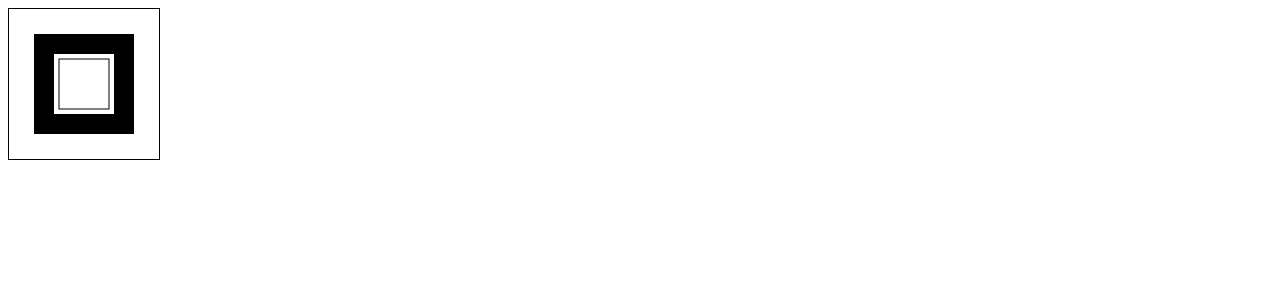
Repository: SeungYn/Javascript-study-toy
Page: canvas-tutorial/index.html
An editor plug-in stored every save of this project. The page is shown before and after the next save, followed by the edit.
The browser window is 1280 px wide. The pictures show the whole page.

Above is the page before, as saved 2023-03-14 11:22:19.

### canvas-tutorial/index.html
<!DOCTYPE html>
<html lang="kr">
  <head>
    <meta charset="UTF-8" />
    <meta http-equiv="X-UA-Compatible" content="IE=edge" />
    <meta name="viewport" content="width=device-width, initial-scale=1.0" />

    <style type="text/css">
      #tutorial {
        border: 1px solid black;
      }
    </style>
  </head>
  <body>
    <canvas id="tutorial" width="150" height="150"></canvas>
  </body>

  <script>
    const canvas = document.getElementById('tutorial');
    const ctx = canvas.getContext('2d');

    ctx.fillRect(25, 25, 100, 100);
    ctx.clearRect(45, 45, 60, 60);
    ctx.strokeRect(50, 50, 50, 50);
  </script>
</html>

After the next save:
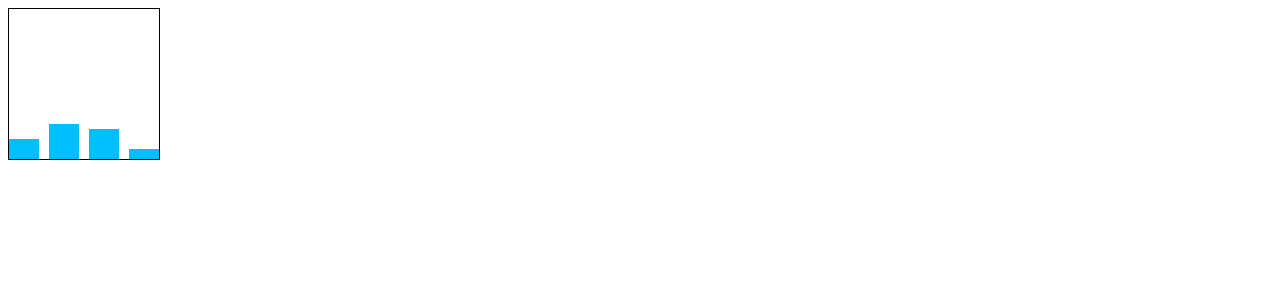
Saved 5 min 35 s later.
--- a/canvas-tutorial/index.html
+++ b/canvas-tutorial/index.html
@@ -17,10 +17,20 @@
 
   <script>
     const canvas = document.getElementById('tutorial');
-    const ctx = canvas.getContext('2d');
+    var context = canvas.getContext('2d');
+    var data = [20, 35, 30, 10, 15];
 
-    ctx.fillRect(25, 25, 100, 100);
-    ctx.clearRect(45, 45, 60, 60);
-    ctx.strokeRect(50, 50, 50, 50);
+    // 그래프 스타일 정의
+    var barWidth = 30;
+    var barSpacing = 10;
+    var barColor = '#00bfff';
+
+    // 그래프 그리기
+    for (var i = 0; i < data.length; i++) {
+      var x = i * (barWidth + barSpacing);
+      var y = canvas.height - data[i];
+      context.fillStyle = barColor;
+      context.fillRect(x, y, barWidth, data[i]);
+    }
   </script>
 </html>
